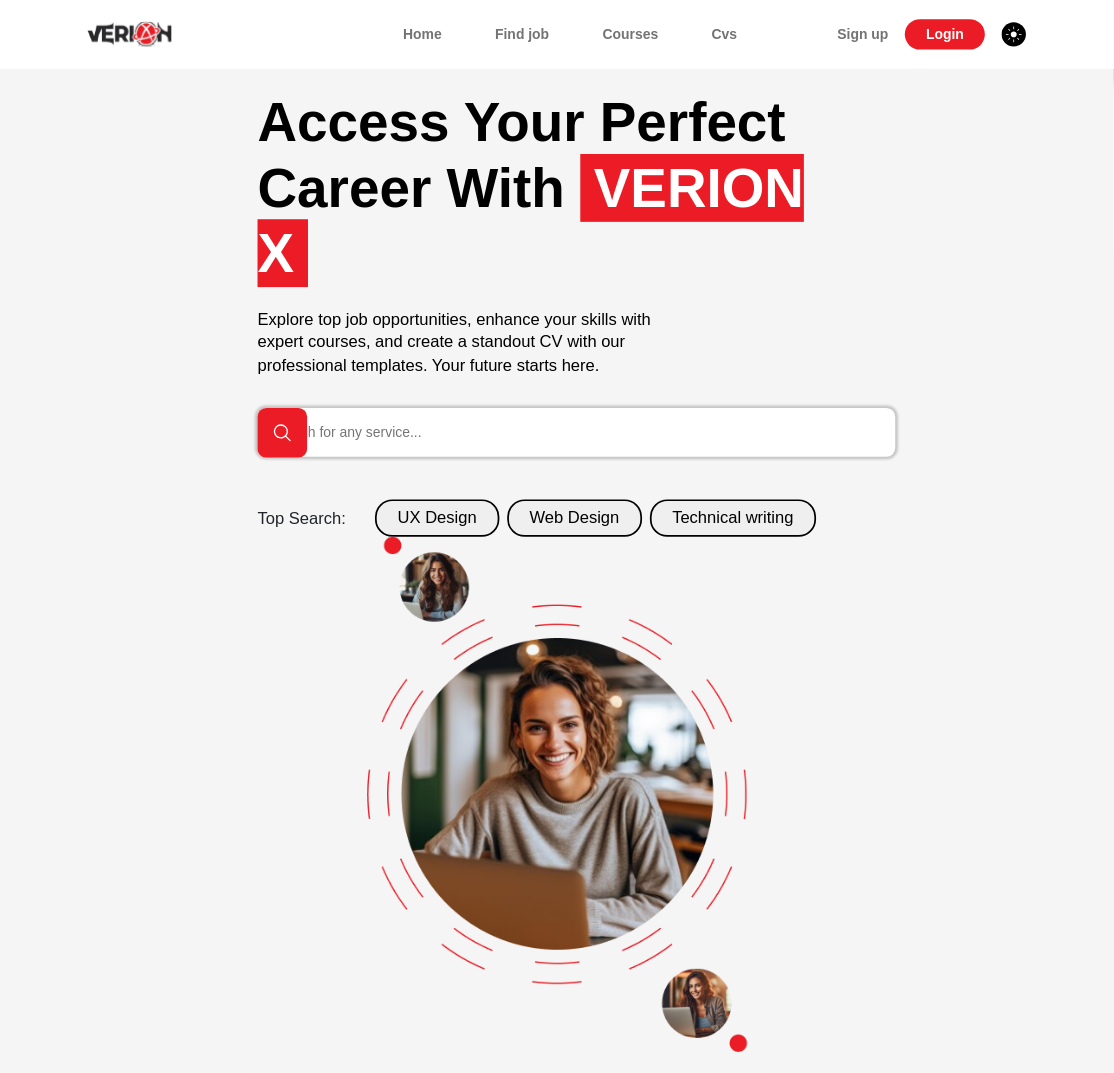
Repository: SahMenz/verionX
Page: /
These files come from the project's save history. The page is drawn as it stood at one moment and after the next save; the edit follows.
The browser window is 1280 px wide. The pictures show the whole page, at 87% of full size.
The project was rebuilt for these pictures with package versions that can differ from the ones it lists, and the page was loaded fresh each time. Also part of the build but not shown: vite.config.js.

Above is the page before, as saved 2024-06-14 16:08:27.

### src/App.jsx
import './App.css'
import Home from './components/home/home'
import 'bootstrap/dist/css/bootstrap.min.css';

function App() {

  return (
    <>
      <div>
          <Home />
      </div>
    </>
  )
}

export default App

### src/index.css
button{
    outline: none;
    border: none;
  }

  input{
    border: none;
    outline: none;
}

### src/App.css
*, *::before, *::after{
  padding: 0px;
  margin: 0px;
  box-sizing: border-box;
  font-family: "Rubik", sans-serif;
}
/* #root {
  max-width: 1280px;
  margin: 0 auto;
  padding: 2rem;
  text-align: center;
} */


/* BACKGROUND COLORS */

.bg-f5{
  background-color: #F5F5F5;
}
.bg-eb{
  background-color: #EB1C25;
}
.bg-ff{
  background-color: #fff;
}
.bg-d9{
  background-color: #D9D9D9;
  opacity: 20%;
}
.bg-00{
  background-color: #000;
}


/* FONT SIZES */

.txt-11{
  font-size: 11px;
}
.txt-13{
  font-size: 13px;
}
.txt-16{
  font-size: 16px;
}
.txt-19{
  font-size: 19px;
}
.txt-23{
  font-size: 23px;
}
.txt-45{
  font-size: 45px;
}
.txt-63{
  font-size: 63px;
}


/* TEXT COLOR */

.txt-eb{
  color:#EB1C25
}
.txt-f3{
  color: #737373
}
.txt-ff{
  color:#fff
}
.txt-00{
  color: #000;
}


/* FONT WEIGHT */

.fw-400{
  font-weight: 400;
}
.fw-500{
  font-weight: 500;
}
.fw-600{
  font-weight: 600;
}


/* LINE HEIGHT */

.lh-19{
  line-height: 19.2px;
}
.lh-75{
  line-height: 75.6px;
}
.lh-26{
  line-height: 26.38px;
}
.lh-22{
  line-height: 22.8px;
}
.lh-27{
  line-height: 27.6px;
}
.lh-15{
  line-height: 15.89px;
}
.lh-13{
  line-height: 13.2px;
}
.lh-54{
  line-height: 54px;
}
.lh-34{
  line-height: 34.5px;
}
.lh-67{
  line-height: 67.5px;
}
.lh-32{
  line-height: 32.2px;
}
.lh-18{
  line-height: 18.96px;
}

### src/components/home/home.jsx
import Navigation from "../navigation/navigation"
import Hero from "./hero/hero"

function Home() {
  return (
    <div >
        <Navigation />
        <Hero />
    </div>
  )
}

export default Home

### src/components/navigation/navigation.jsx
import logo from '../../assets/images/logo.svg'
import CustomSvg from '../customSvg/customSvg'
import './navigation.css'


function Navigation() {

  return (
    <div className="d-flex justify-content-between navContainer">
        <img src={logo} alt="" />
        <div className='d-none d-lg-flex navigationLink justify-content-between align-items-center'>
          <div className='d-flex justify-content-between align-items-center links'>
            <a href="#" className='small-txt lh-19 fw-600 text-decoration-none txt-f3'>Home</a>
            <a href="#" className='small-txt lh-19 fw-600 text-decoration-none txt-f3'>Find job</a>
            <a href="#" className='small-txt lh-19 fw-600 text-decoration-none txt-f3'>Courses</a>
            <a href="#" className='small-txt lh-19 fw-600 text-decoration-none txt-f3'>Cvs</a>
          </div>
          <div className='d-flex justify-content-between align-items-center switchmode'>
            <a href="#" className='small-txt lh-19 fw-600 text-decoration-none txt-f3'>Sign up</a>
            <a href="#" className='small-txt lh-19 fw-600 text-decoration-none txt-ff bg-eb px-4 py-2 rounded-5'>Login</a>
            <CustomSvg name="switchModes" className="cursor-pointer"/>
          </div>
        </div>
        <div className=' d-lg-none cursor-pointer' style={{width: "40px", height: "40px", display: 'flex', flexDirection: 'column', alignItems: "center", justifyContent: "center", gap: "5px"}}>
          <div style={{width : "30px", height:"3px", backgroundColor : 'black' }}></div>
          <div style={{width : "30px", height:"3px", backgroundColor : 'black' }}></div>
          <div style={{width : "30px", height:"3px", backgroundColor : 'black' }}></div>
        </div>
    </div>
  )
}

export default Navigation

### src/components/home/hero/hero.jsx
import accesYourPerfectImage from '../../../assets/images/accesYourPerfectImage.png';
import CustomSvg from '../../customSvg/customSvg';

function Hero() {
  return (
    <div className='d-flex align-items-center justify-content-between flex-lg-column  py-4 bg-f5' style={{padding: "0px 100px",}}>
        <div style={{width: "50vw", maxWidth:"800px"}} className='me-lg-5'>
            <div className='txt-63 lh-75 txt-ff fw-600 txt-00' style={{width: "50vw", maxWidth:"733px"}}>Access Your Perfect Career With <span className='bg-eb fw-600 txt-ff py-1 px-3'>VERION X</span></div>
            <div className='txt-00 lh-26 txt-19' style={{width:"39vw", maxWidth:"630px", padding:" 24px 0px 36px 0px"}}>
                Explore top job opportunities, enhance your skills with expert courses, and create a standout CV with our professional templates. Your future starts here.
            </div>
            <div className="search-container mb-5">
                <input type="text" placeholder="Search for any service..."  style={{width:"733px",position:'absolute',borderRadius:"10px", boxShadow: "0px 0px 3px 3px rgba(0, 0, 0, 0.2)"}} className='p-3'/>
                <button className="bg-eb p-3" style={{position:'relative', left:"0px", borderRadius:"10px", border:"none", }}><CustomSvg name="search"/></button>
            </div>
            <div className='d-lg-flex align-items-center justify-content-between d-none'style={{width:"642px"}} >
                <div className='txt-19 lh-26 txt-500'>Top Search:</div>
                <div className='d-flex align-items-center justify-content-between' style={{width:"507px"}}>
                    <button style={{borderRadius:"20px",border: "2px solid black"}}><div className='px-4 py-2 txt-19 lh-22 txt-500'>UX Design</div></button>
                    <button style={{borderRadius:"20px",border: "2px solid black"}}><div className='px-4 py-2 txt-19 lh-22 txt-500'>Web Design</div></button>
                    <button style={{borderRadius:"20px",border: "2px solid black"}}><div className='px-4 py-2 txt-19 lh-22 txt-500'>Technical writing</div></button>
                </div>
            </div>
        </div>
        <img src={accesYourPerfectImage} style={{width: "35vw", maxWidth:"437px"}} alt="three images" />
    </div>
  )
}

export default Hero

### src/components/navigation/navigation.css
.navContainer{
    padding: 22px 100px;
    box-shadow: 0px 10px 10px 10px rgba(0, 0, 0, 0.2);
}

.navigationLink{
    width: 56vw;
    min-width: 600px;
    max-width: 888px;
}
.links{
    width: 30vw;
    min-width: 300px;
    max-width: 482px;
}
.switchmode{
    width: 17vw;
    min-width: 200px;
    max-width: 254px;
}
@media screen and (min-width:325px) and (max-width:988px) {
    .navContainer{
        padding: 18px 60px;
    }
}

Loaded but not shown: src/main.jsx (common file); src/components/customSvg/customSvg.jsx (186 lines, source omitted)

After the next save:
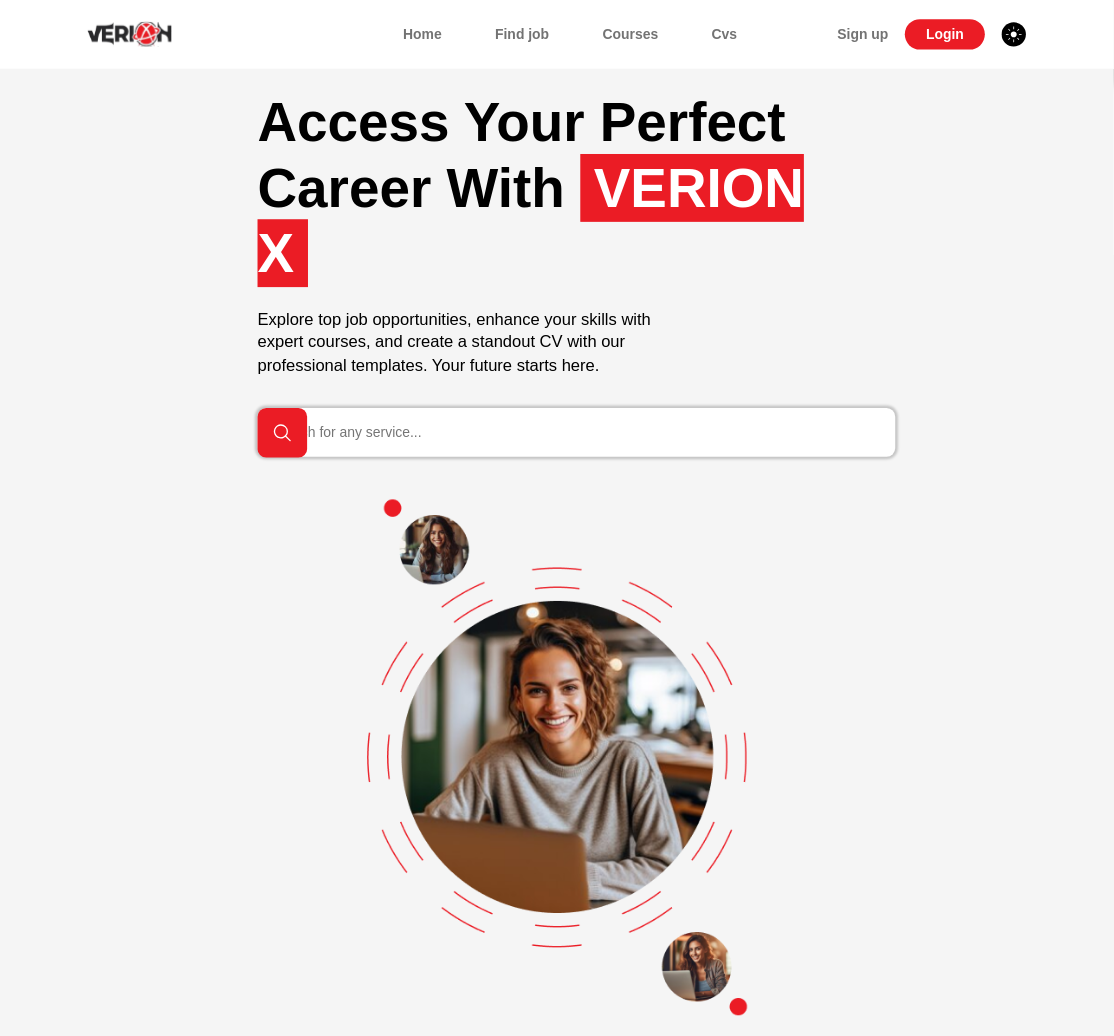
Saved 32 s later.
--- a/src/components/home/hero/hero.jsx
+++ b/src/components/home/hero/hero.jsx
@@ -13,7 +13,7 @@
                 <input type="text" placeholder="Search for any service..."  style={{width:"733px",position:'absolute',borderRadius:"10px", boxShadow: "0px 0px 3px 3px rgba(0, 0, 0, 0.2)"}} className='p-3'/>
                 <button className="bg-eb p-3" style={{position:'relative', left:"0px", borderRadius:"10px", border:"none", }}><CustomSvg name="search"/></button>
             </div>
-            <div className='d-lg-flex align-items-center justify-content-between d-none'style={{width:"642px"}} >
+            <div className='d-none align-items-center justify-content-between d-none'style={{width:"642px"}} >
                 <div className='txt-19 lh-26 txt-500'>Top Search:</div>
                 <div className='d-flex align-items-center justify-content-between' style={{width:"507px"}}>
                     <button style={{borderRadius:"20px",border: "2px solid black"}}><div className='px-4 py-2 txt-19 lh-22 txt-500'>UX Design</div></button>

After the save that followed:
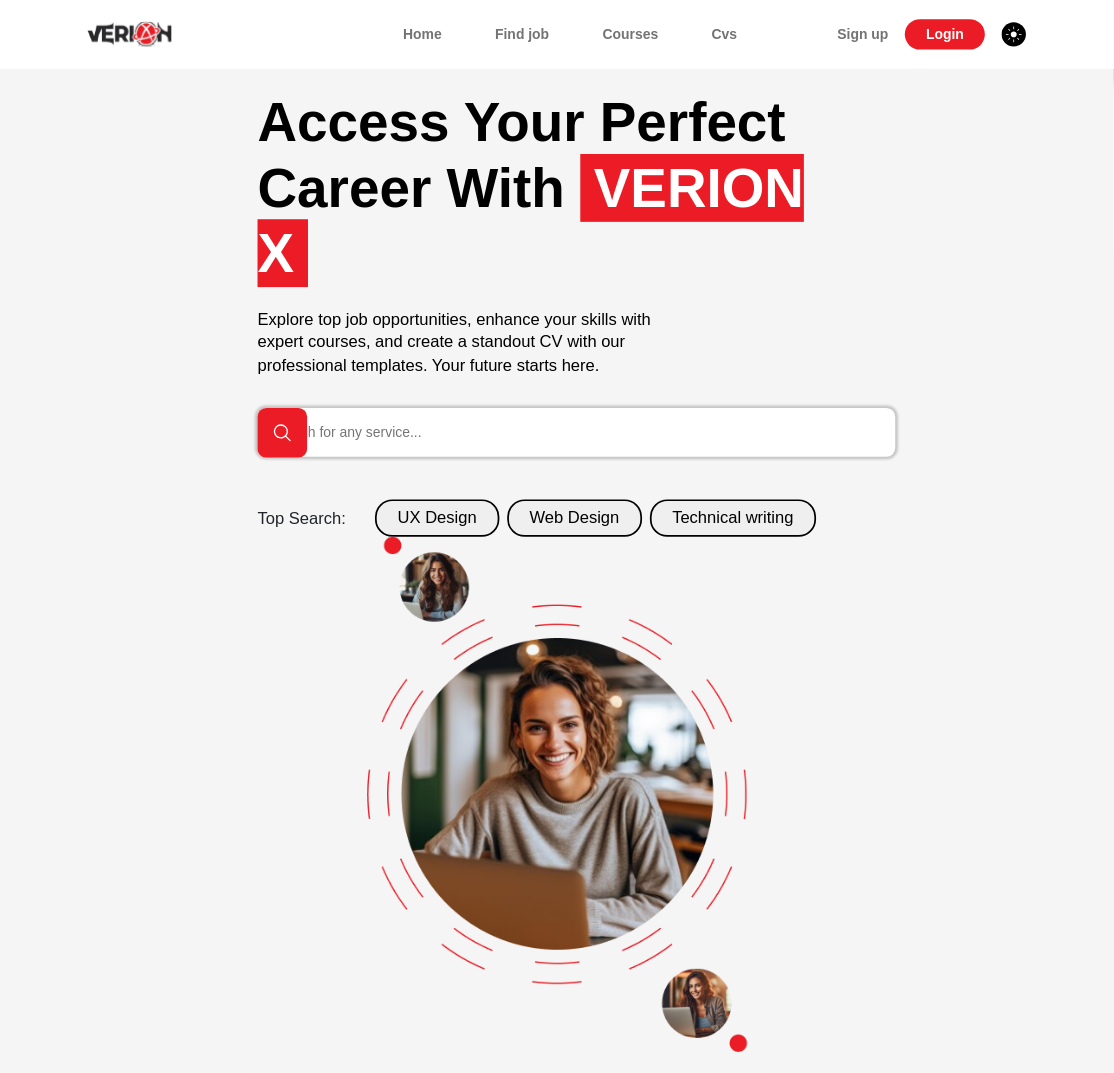
Saved 10 s later.
--- a/src/components/home/hero/hero.jsx
+++ b/src/components/home/hero/hero.jsx
@@ -13,7 +13,7 @@
                 <input type="text" placeholder="Search for any service..."  style={{width:"733px",position:'absolute',borderRadius:"10px", boxShadow: "0px 0px 3px 3px rgba(0, 0, 0, 0.2)"}} className='p-3'/>
                 <button className="bg-eb p-3" style={{position:'relative', left:"0px", borderRadius:"10px", border:"none", }}><CustomSvg name="search"/></button>
             </div>
-            <div className='d-none align-items-center justify-content-between d-none'style={{width:"642px"}} >
+            <div className='d-none align-items-center justify-content-between d-lg-flex'style={{width:"642px"}} >
                 <div className='txt-19 lh-26 txt-500'>Top Search:</div>
                 <div className='d-flex align-items-center justify-content-between' style={{width:"507px"}}>
                     <button style={{borderRadius:"20px",border: "2px solid black"}}><div className='px-4 py-2 txt-19 lh-22 txt-500'>UX Design</div></button>
